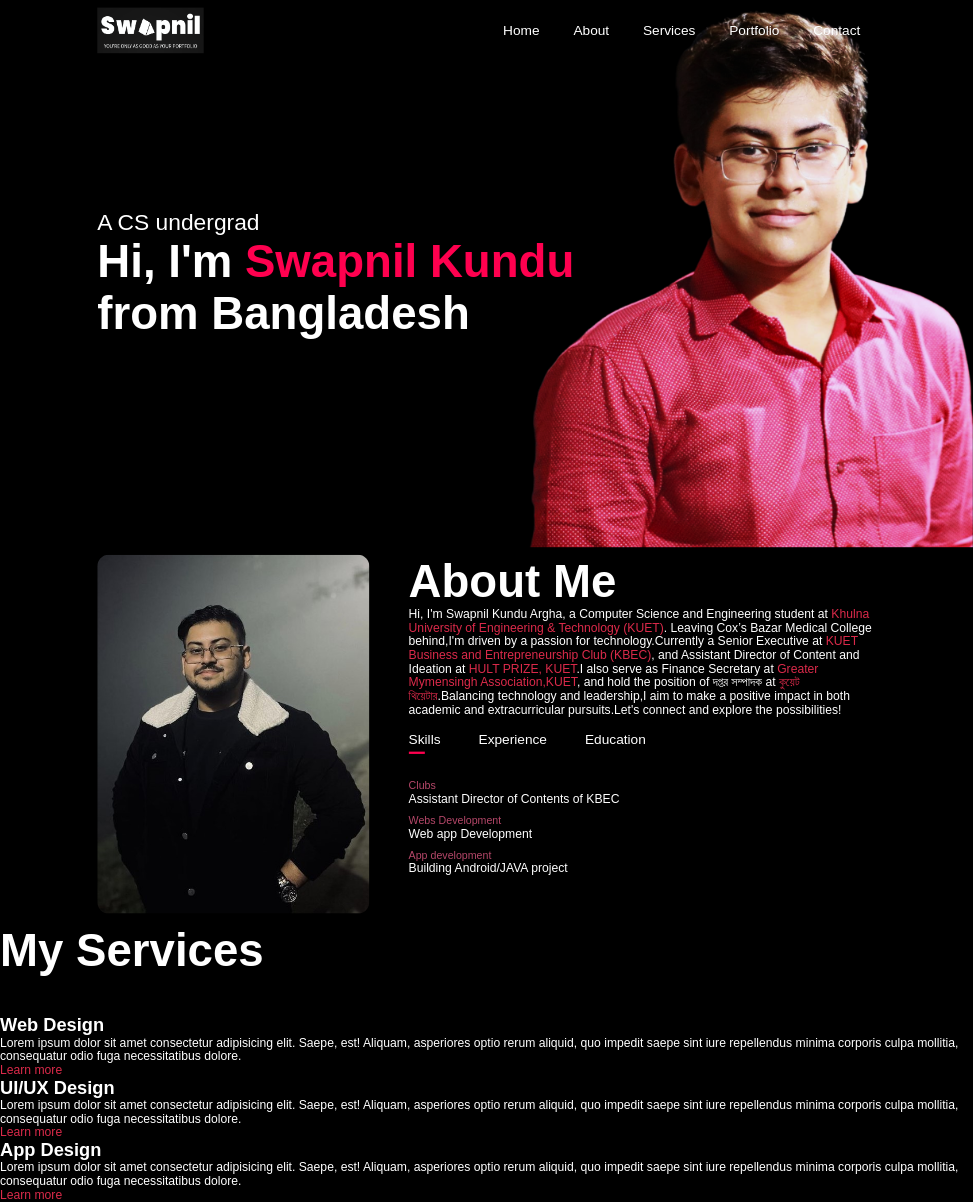
Repository: SwapnilKundu/portfolio
Page: index.html
These files come from the project's save history. The page is drawn as it stood at one moment and after the next save; the edit follows.
The browser window is 1280 px wide. The pictures show the whole page, at 76% of full size.

Above is the page before, as saved 2024-01-20 00:48:51.

### index.html
<!DOCTYPE html>
<html lang="en">
<head>
    <meta charset="UTF-8">
    <meta name="viewport" content="width=device-width, initial-scale=1.0">
    <title>Personal Portfolio Website</title>
    <link rel="stylesheet" href="style.css">
</head>
<body>
  <div id="header">
    <div class="container">
        <nav>
            <img src="images/logo1.png" class="logo" width="40" height="60">
            <ul>
                <li><a href ="#">Home</a></li>
                <li><a href ="#">About</a></li>
                <li><a href ="#">Services</a></li>
                <li><a href ="#">Portfolio</a></li>
                <li><a href ="#">Contact</a></li>
            </ul>
        </nav>
        <div class="header-text">
            <p>A CS undergrad </p>
            <h1>Hi, I'm <span>Swapnil Kundu</span> <br> from Bangladesh</h1>
        </div>
    </div>
  </div>
  <div id="about">
    <div class="container">
        <div class="row">
            <div class="about-col-1">
                <img src="images/Aboutme3.jpg" alt="Profile Image">
            </div>
            <div class="about-col-2">
                <h1 class="sub-title">About Me</h1>
                <p>
                    Hi, I'm Swapnil Kundu Argha, a Computer Science and Engineering student at <a href="http://www.kuet.ac.bd/" target="_blank">Khulna University of Engineering & Technology (KUET)</a>. Leaving Cox’s Bazar Medical College behind,I'm driven by a passion for technology.Currently a Senior Executive at <a href="https://www.facebook.com/KBEC.official">KUET Business and Entrepreneurship Club (KBEC)</a>, and Assistant Director of Content and Ideation at <a href="https://scontent.fjsr8-1.fna.fbcdn.net/v/t39.30808-6/414475463_878653704262850_605489790676270348_n.jpg?_nc_cat=106&ccb=1-7&_nc_sid=dd5e9f&_nc_eui2=AeG7qaCzWQGluZMTMKWtrD6ipcnI0dawWuilycjR1rBa6PLkHzdtJERiOyrmRQaxy3TT_q5vz9qIQ5m4l8xfiGP6&_nc_ohc=qg8Pu4EAUVYAX9avaA_&_nc_ht=scontent.fjsr8-1.fna&oh=00_AfBZ6Lqa5248mqS64WxhR3KxGRhN1UCrqkgUgA0V5dsZlw&oe=65AF45DF">HULT PRIZE, KUET</a>.I also serve as Finance Secretary at <a href="#link-to-GMA">Greater Mymensingh Association,KUET</a>, and hold the position of দপ্তর সম্পাদক at <a href="#link-to-theater">কুয়েট থিয়েটার</a>.Balancing technology and leadership,I aim to make a positive impact in both academic and extracurricular pursuits.Let's connect and explore the possibilities!
                </p>

                <div class="tab-titles">
                    <p class="tab-links active" onclick="opentab('skills')">Skills</p>
                    <p class="tab-links" onclick="opentab('experience')">Experience</p>
                    <p class="tab-links"onclick="opentab('education')">Education</p>
            </div>
            <div class="tab-contents active-tab"id ="skills">
                <ul>
                    <li><span>Clubs</span><br>Assistant Director of Contents of KBEC</li>
                    <li><span>Webs Development</span><br>Web app Development</li>
                    <li><span>App development</span><br>Building Android/JAVA project</li>
                </ul>
            </div>
            <div class="tab-contents" id ="experience">
                <ul>
                    <li><span>2022-Current</span><br>An Active member of KBEC</li>
                    <li><span>2023-Semester 2.2</span><br>App Development by JAVA</li>
                    <li><span>2024-Semester 3.1</span><br>Web Development by HTML,CSS,JAVA</li>
                    <li><span>2022-Current</span><br>An Active member of KBEC</li>

                </ul>
            </div>

            <div class="tab-contents" id ="education">
                <ul>
                    <li><span>2018</span><br>SSC from Mymensingh Zilla School,Mymensingh</li>
                        <li><span>2020</span><br>HSC from Ananda Mohan College,Mymensingh</li>
                        <li><span>From March,2022</span><br>Currently studying BSc in CSE department</li>
                </ul>
            </div>
        </div>
    </div>
  </div>

  <div id="Services">
    <h1 class="sub-title">My Services</h1>
    <div class ="services-list">

        <div>
            <h2>
                Web Design
            </h2>
            <p>Lorem ipsum dolor sit amet consectetur adipisicing elit. Saepe, est! Aliquam, asperiores optio rerum aliquid, quo impedit saepe sint iure repellendus minima corporis culpa mollitia, consequatur odio fuga necessitatibus dolore.

            </p>
            <a href="#">Learn more</a>
        </div>
        <div>
            <h2>
                UI/UX Design
            </h2>
            <p>Lorem ipsum dolor sit amet consectetur adipisicing elit. Saepe, est! Aliquam, asperiores optio rerum aliquid, quo impedit saepe sint iure repellendus minima corporis culpa mollitia, consequatur odio fuga necessitatibus dolore.

            </p>
            <a href="#">Learn more</a>
        </div>
        <div>
            <h2>
                App Design
            </h2>
            <p>Lorem ipsum dolor sit amet consectetur adipisicing elit. Saepe, est! Aliquam, asperiores optio rerum aliquid, quo impedit saepe sint iure repellendus minima corporis culpa mollitia, consequatur odio fuga necessitatibus dolore.

            </p>
            <a href="#">Learn more</a>
        </div>
    </div>
  </div>
  <script>
    var tablinks = document.querySelectorAll(".tab-links");
    var tabcontents = document.querySelectorAll(".tab-contents");

    function opentab(tabname) {
        for (tablink of tablinks) {
            tablink.classList.remove("active-link");
        }

        for (tabcontent of tabcontents) {
            tabcontent.classList.remove("active-tab");
        }

        var activeTab = document.getElementById(tabname);
        activeTab.classList.add("active-tab");

        var activeLink = document.querySelector(`.tab-links[data-tab="${tabname}"]`);
        activeLink.classList.add("active-link");
    }
</script>

</body>
</html>

### style.css
*
{
    margin: 0;
    padding: 0;
    font-family: 'Poppins',sans-serif;
    box-sizing: border-box;
}

body
{
    background: #000;
    color: #fff;
}
#header
{
    width: 100%;
    height: 100vh;
    background-image: url(images/ccc2.png);
    background-size: cover;
    background-position: left;
    background-repeat: no-repeat;
    overflow: hidden;
}
.container
{
padding: 10px 10%;
}
nav{
    display: flex;
    align-items: center;
    justify-content: space-between;
    flex-wrap: wrap;
}
.logo{
    width: 140px;
}

nav ul li{
    display:inline-block;
    list-style: none;
    margin: 10px 20px;

}
nav ul li a{
    color: #fff;
    text-decoration:none ;
    font-size: 18px;
    position: relative;
}

nav ul li a::after
{
    content: '';
    width:0;
    height:3px;
    background:#ff004f;
    position: absolute;
    left: 0;
    bottom: -6px;
    transition: 0.5s;

}
nav ul li a:hover::after
{
    width:100%;
}
.header-text{
    margin-top: 20%;
    font-size: 30px;
}
.header-text h1
{
    font-size:60px;
}
.header-text h1 span
{
    color:#ff004f;
}

#about a {
    color: #db2a4a;
    text-decoration: none;
}

#about a:hover {
    color: #ababab;
}
.row
{
    display: flex;
    justify-content: space-between;
    flex-wrap: wrap;
}

.about-col-1{
    flex-basis:35%;
}
.about-col-1 img
{
    width: 100%;
    border-radius: 15px;
}

.about-col-2
{
    flex-basis: 60%;
}

.sub-title
{
    font-size:60px;
    font-weight:600;
    color:#fff;
}

.tab-titles {
    display: flex;
    margin: 20px 0 40px;
}

.tab-links {
    margin-right: 50px;
    font-size: 18px;
    font-weight: 500;
    cursor: pointer;
    position: relative;
    color: #fff;
    text-decoration: none;
    transition: color 0.5s;
}

.tab-links::after {
    content: '';
    width: 0;
    height: 3px;
    background: #ff004f;
    position: absolute;
    left: 0;
    bottom: -8px;
    transition: 0.5s;
}

.tab-links:hover {
    color: #ff004f; /* Change the color on hover */
}

.tab-links.active::after {
    width: 50%;
}
.tab-contents ul li
{
    list-style:none;
    margin:10px 0;
}
.tab-contents ul li span
{
    color:#b54769;
    font-size: 14px;
}
.tab-contents
{
    display: none;
}
.tab-contents.active-tab
{
    display: block;
}




#services-list
{

    padding :30px 0;
}
.services-list
{
    display:grid;
    grid-template-columns: repeat(auto-fit,minmax(250px, 1fr))
    grid-gap:40px;
    margin-top: 50px;
}

After the next save:
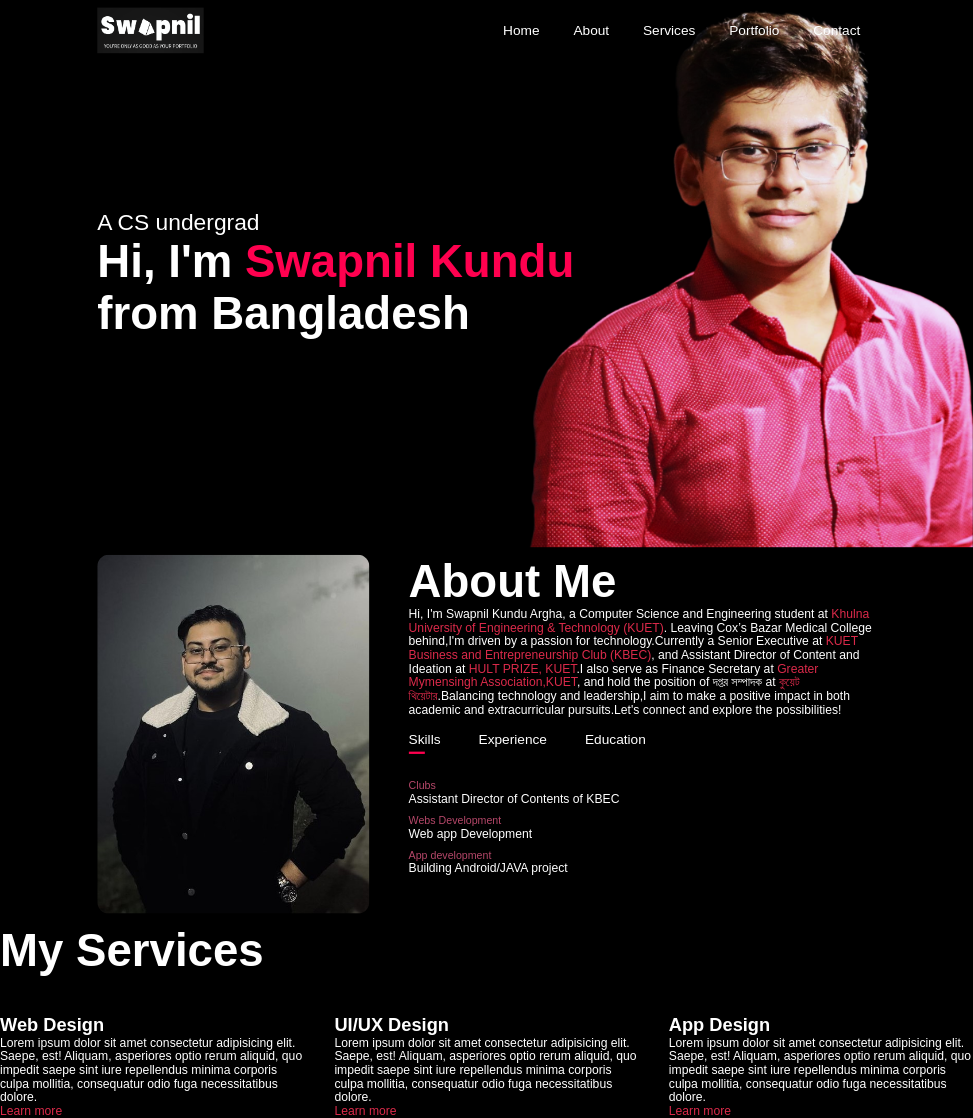
Saved 6 s later.
--- a/style.css
+++ b/style.css
@@ -177,7 +177,7 @@ nav ul li a:hover::after
 .services-list
 {
     display:grid;
-    grid-template-columns: repeat(auto-fit,minmax(250px, 1fr))
+    grid-template-columns: repeat(auto-fit,minmax(250px, 1fr));
     grid-gap:40px;
     margin-top: 50px;
 }
